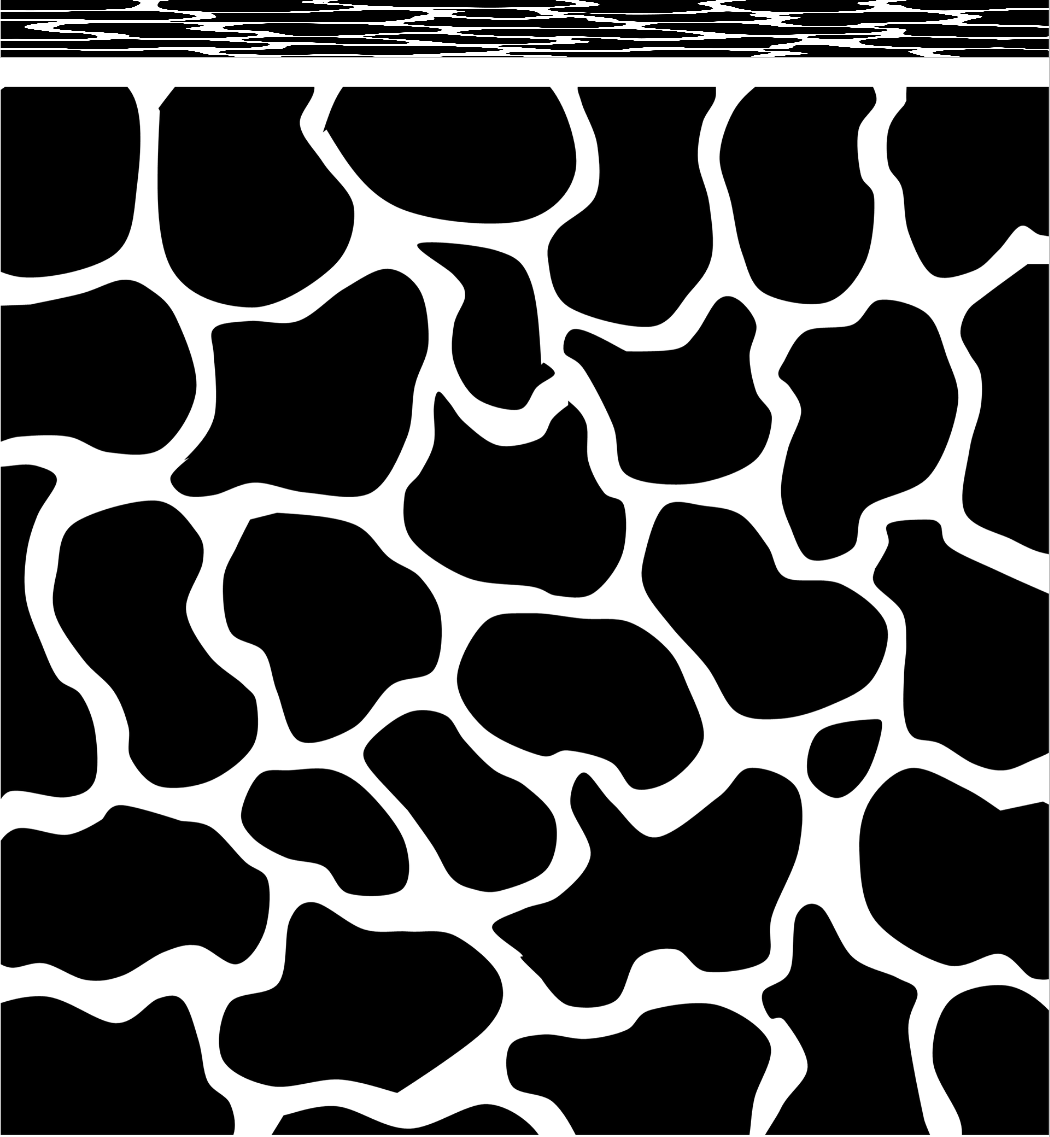
Repository: oninopantsu/crytoapp
Page: /
The author's editor kept a copy of each file at every save. The page is drawn from the files as they stood at one save, then again after the next save.
The browser window is 1280 px wide. The pictures show the whole page, at 82% of full size.
Some web fonts or font styles are not loaded; a fallback is used. The project was rebuilt for these pictures with package versions that can differ from the ones it lists, and the page was loaded fresh each time. Also part of the build but not shown: vue.config.js.

Above is the page before, as saved 2021-09-05 02:37:45.

### src/App.vue
<template>
  <div id="app">
    <Header />
    <Top />
    <router-view/>
  </div>
</template>

<script>
import Header from "./components/Header.vue"
import Top from "./components/Top.vue"
export default {
  components: {
    Header,
    Top

  }
}
</script>

<style>
@import url('https://fonts.googleapis.com/css2?family=ZCOOL+KuaiLe&display=swap');

html, body, div, span, object, iframe,
h1, h2, h3, h4, h5, h6, p, blockquote, pre,
abbr, address, cite, code,
del, dfn, em, img, ins, kbd, q, samp,
small, strong, sub, sup, var,
b, i,
dl, dt, dd, ol, ul, li,
fieldset, form, label, legend,
table, caption, tbody, tfoot, thead, tr, th, td,
article, aside, canvas, details, figcaption, figure,
footer, header, hgroup, menu, nav, section, summary,
time, mark, audio, video {
    margin:0;
    padding:0;
    border:0;
    outline:0;
    font-size:100%;
    vertical-align:baseline;
    background:transparent;
}

body {
    line-height:1;
}

article,aside,details,figcaption,figure,
footer,header,hgroup,menu,nav,section {
    display:block;
}

nav ul {
    list-style:none;
}

blockquote, q {
    quotes:none;
}

blockquote:before, blockquote:after,
q:before, q:after {
    content:'';
    content:none;
}

a {
    margin:0;
    padding:0;
    font-size:100%;
    vertical-align:baseline;
    background:transparent;
}

/* change colours to suit your needs */
ins {
    background-color:#ff9;
    color:#000;
    text-decoration:none;
}

/* change colours to suit your needs */
mark {
    background-color:#ff9;
    color:#000;
    font-style:italic;
    font-weight:bold;
}

del {
    text-decoration: line-through;
}

abbr[title], dfn[title] {
    border-bottom:1px dotted;
    cursor:help;
}

table {
    border-collapse:collapse;
    border-spacing:0;
}

/* change border colour to suit your needs */
hr {
    display:block;
    height:1px;
    border:0;
    border-top:1px solid #cccccc;
    margin:1em 0;
    padding:0;
}

input, select {
    vertical-align:middle;
}
#app {
  color: #fff;
  font-family: Georgia, 'Times New Roman', Times, serif;
  background-color: black;

}
</style>

### src/components/Header.vue
<template>
  <header>
    <div class="title">
      <img src="../assets/back.png" alt="">
      <h1 class="header-logo">Cry to App</h1>
    </div>
  </header>
</template>

<style scoped>


header {
  height: 70px;
  line-height: 70px;
  background-color:#fff;
}
.header-logo {
  font-size: 20px;
  font-family: Georgia, 'Times New Roman', Times, serif;
  font-weight: bold;
  color: #fff;
}
img {
  width: 100%;
  height: 70px;
}
</style>

### src/components/Top.vue
<template>
  <div class="top">
    <h1></h1>
  </div>
</template>

<style>
.top {
  background-image: url"(/Users/onomanana/crytoapp/src/assets/back.png)";
}
</style>

### src/views/Home.vue
<template>
  <div class="home">
    <Products />
    <img alt="Vue logo" src="../assets/back.png" >
  </div>
</template>

<script>
import Products from '../components/Products.vue';

export default {
  data(){
    return {
      lists: [
        {
          name: "BTC"
        }
      ]
    };
  },
  components: {
    Products
  }
};
</script>

<style scoped>
.home {
  background-color: #fff;

}
img {
  position: relative;
  width: 100%;
}

</style>

### src/components/Products.vue
<template>
  <div class="content-wrapper">
    <img class="contents-img" src="../assets/Vector.png" alt="">
    <div class="products-content">
      <h1 class="products-title"> {{ name }} </h1>
    </div>

  </div>
</template>
<script>
export default {
    props:["name" ],
};
</script>

<style scoped>
.content-wrapper {
  width: 80%;
  margin: 0 auto;

}
.products-title {
  color: #fff;
}
</style>

Loaded but not shown: public/index.html (common file); src/main.js (common file); src/router/index.js (common file)

After the next save:
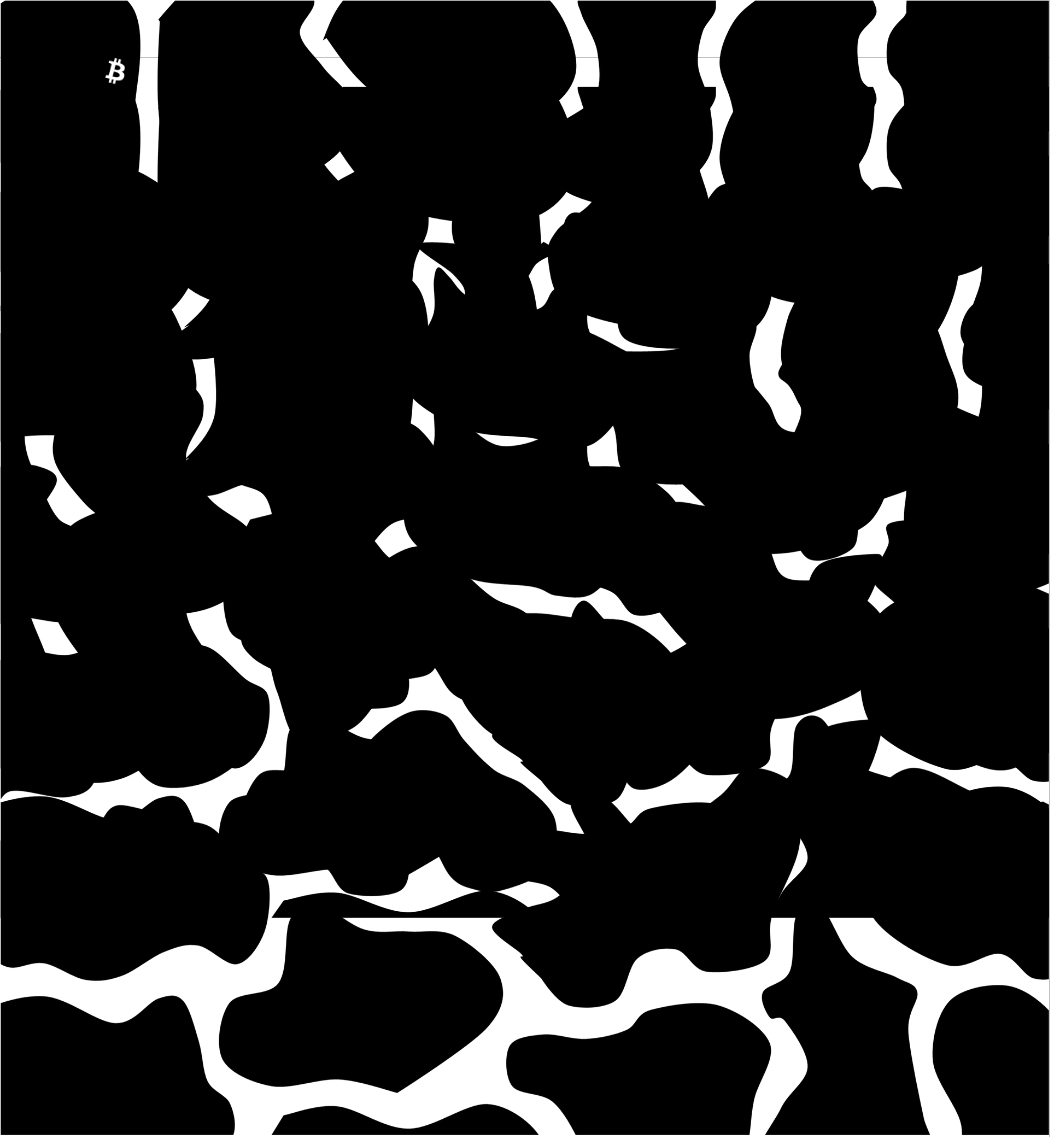
Saved 7 s later.
--- a/src/components/Header.vue
+++ b/src/components/Header.vue
@@ -23,6 +23,6 @@ header {
 }
 img {
   width: 100%;
-  height: 70px;
+  height: 70rem;
 }
 </style>
